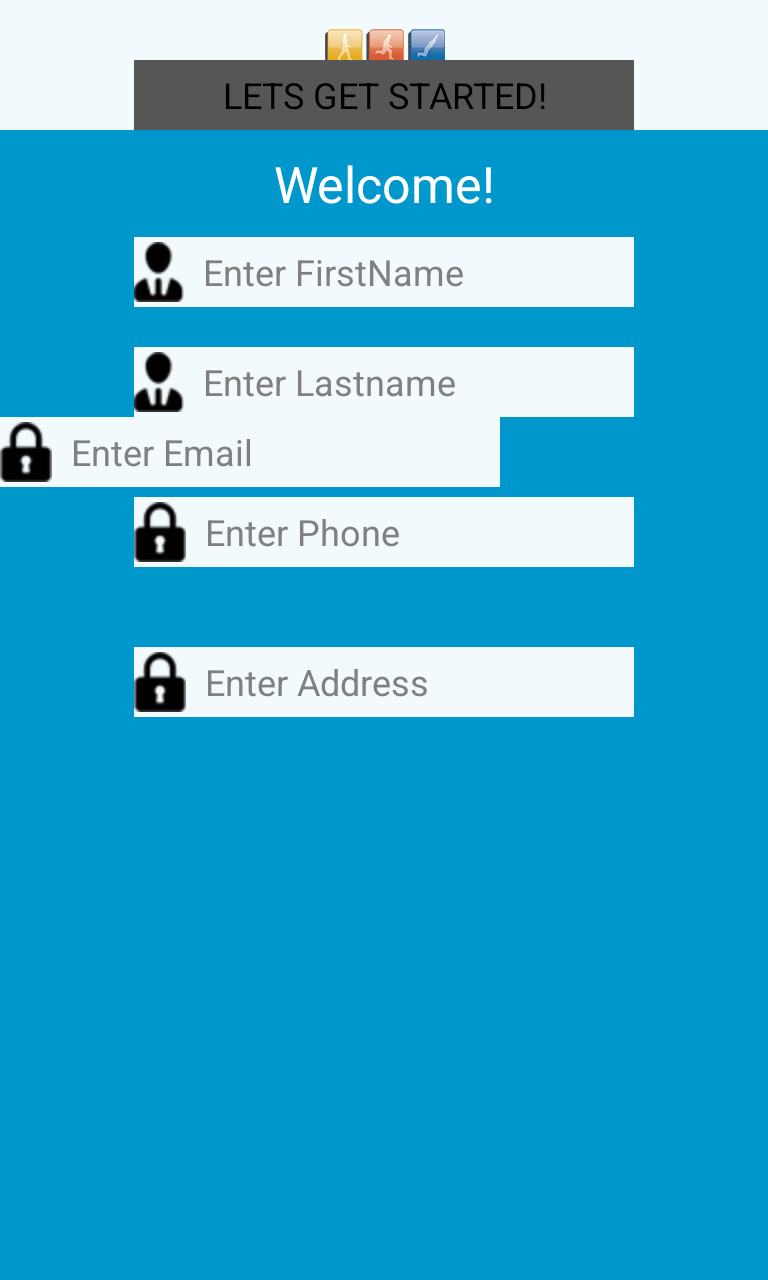
Repository: nanoweb12/GoodFeetAppNew
Layout: GoodFeetapp/res/layout/lookup_crm.xml
These files come from the project's save history. The layout is drawn as it stood at one moment and after the next save; the edit follows.
It is drawn on a 768 x 1280 px phone screen (xhdpi) without system bars, with theme MyTheme; the app's code is not run.

Above is the layout before, as saved 2015-02-20 05:46:13.

After the next save:
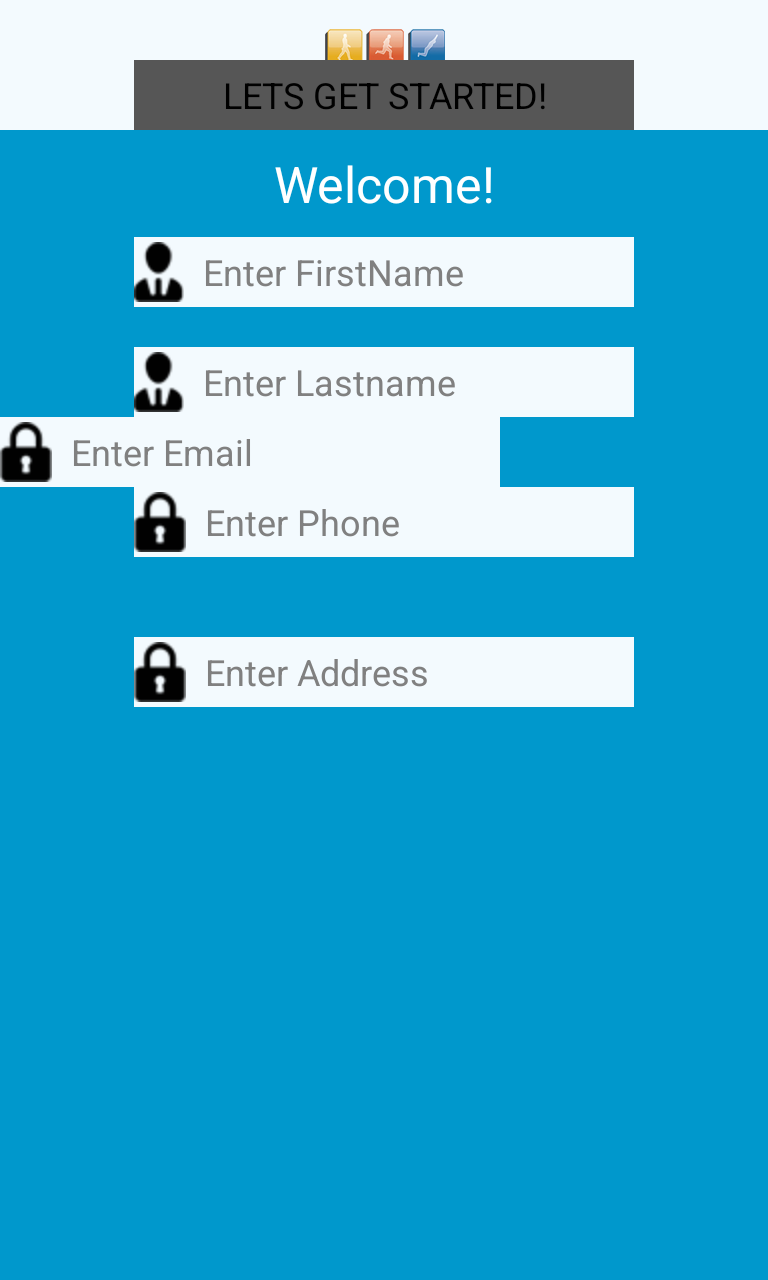
Saved 34 s later.
--- a/GoodFeetapp/res/layout/lookup_crm.xml
+++ b/GoodFeetapp/res/layout/lookup_crm.xml
@@ -82,7 +82,7 @@
         android:layout_height="35dp"
         android:layout_below="@+id/edt_Lname"
         android:layout_centerHorizontal="true"
-        android:layout_marginTop="40dp"
+        android:layout_marginTop="35dp"
         android:background="#f3fafe"
         android:drawableLeft="@drawable/lock"
         android:drawablePadding="5dp"
